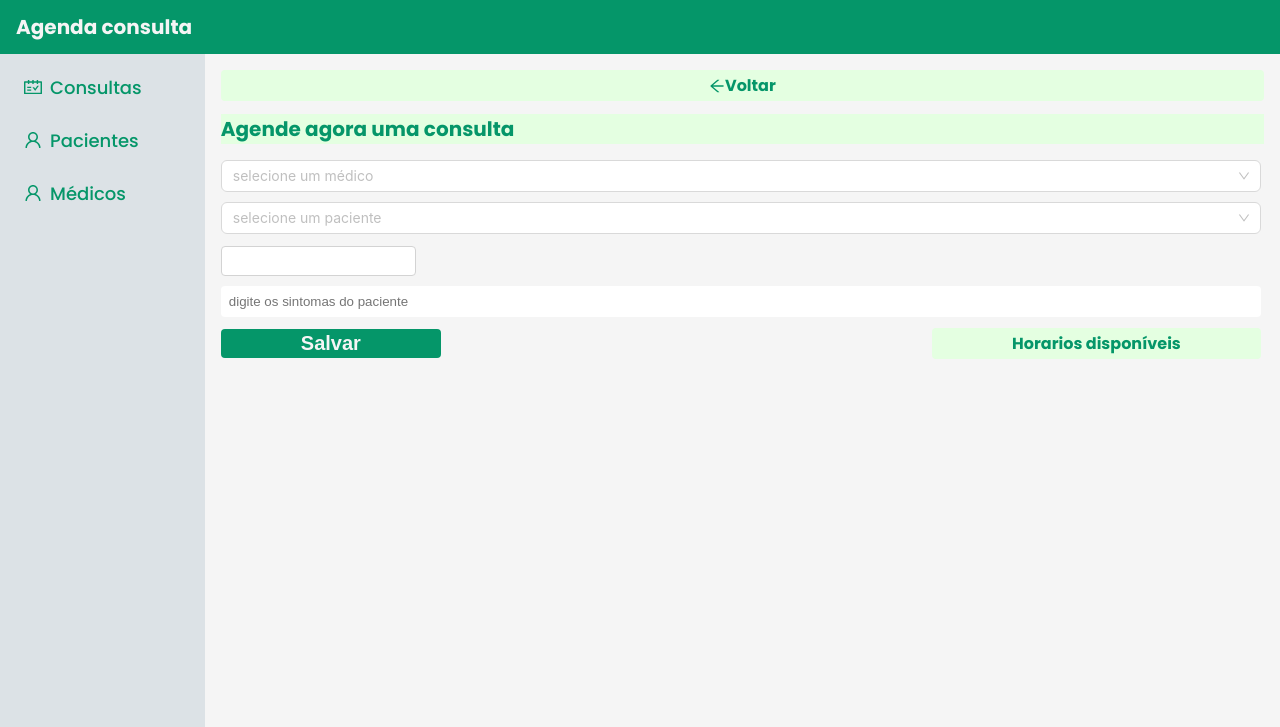
Repository: BarbaraCD/agendaconsulta
Page: /appointments/new
These files come from the project's save history. The page is drawn as it stood at one moment and after the next save; the edit follows.
The browser window is 1280 px wide. The pictures show the whole page.
The page's requests for data from a server got no answer. The project was rebuilt for these pictures with package versions that can differ from the ones it lists, and the page was loaded fresh each time. No one was signed in, and anything a server would have sent is missing. Also part of the build but not shown: vite.config.ts, src/components/Calendar.tsx, src/components/InputPatient.tsx, src/styles/CreateContainer.ts, src/components/DoctorTable.tsx, src/components/PatientTable.tsx, src/components/InputDoctors.tsx.

Above is the page before, as saved 2023-08-29 16:22:32.

After the next save:
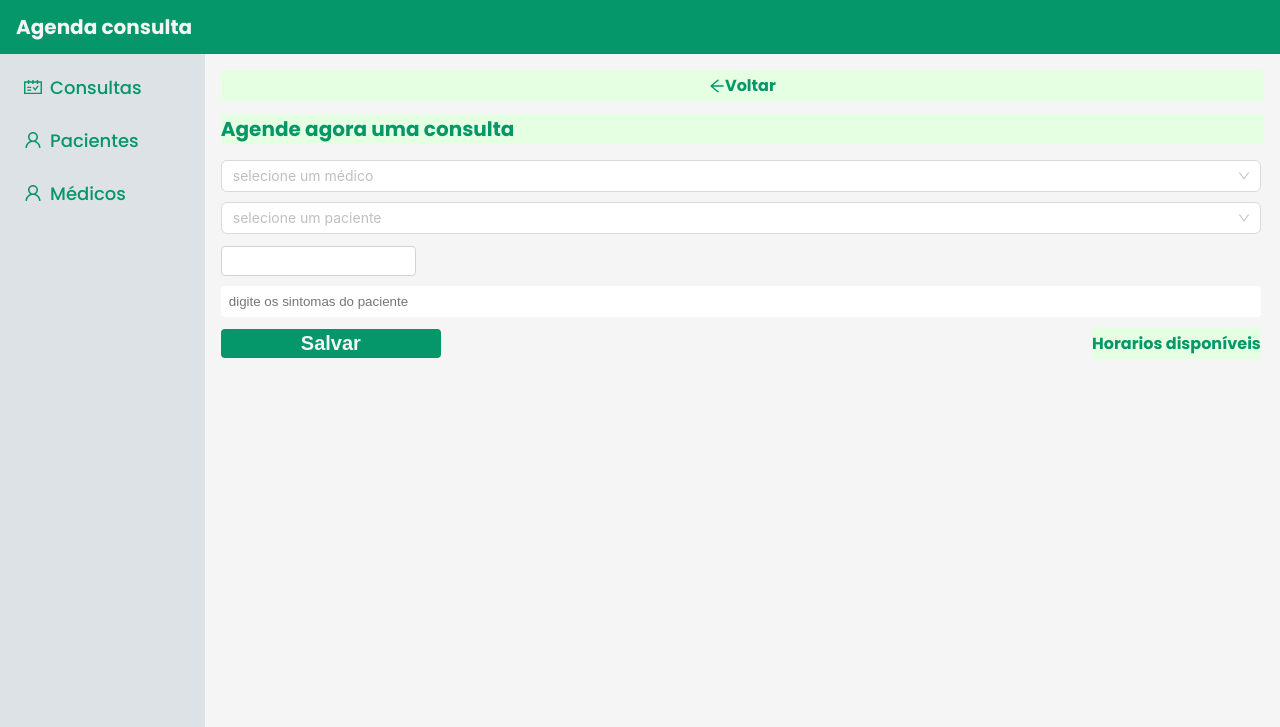
Saved 10 s later.
--- a/src/styles/InputContainer.ts
+++ b/src/styles/InputContainer.ts
@@ -74,7 +74,7 @@ export const StyledLink = styled(Link)`
   font-weight: 600;
   border-radius: 4px;
   margin: 0.5rem 0;
-  padding: 0.2rem 5rem;
+  padding: 0.2rem 0;
   justify-content: center;
   align-items: center;
   display: flex;
